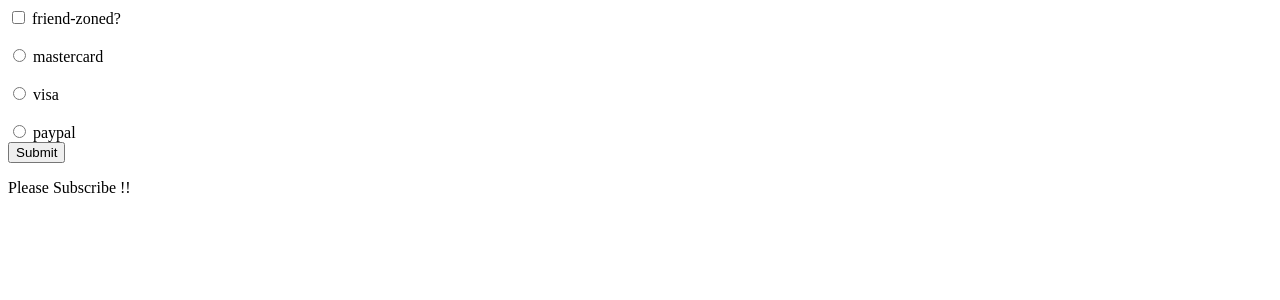
Repository: Apekshit-Yadav/myDotfiles
Page: Documents/GitHub/coding-projects/brojs/checked_property/index.html
The author's editor kept a copy of each file at every save. The page is drawn from the files as they stood at one save, then again after the next save.
The browser window is 1280 px wide. The pictures show the whole page.
After loading, the first visible `#subbtn` was clicked once.

Above is the page before, as saved 2025-04-02 17:50:39.

After the next save:
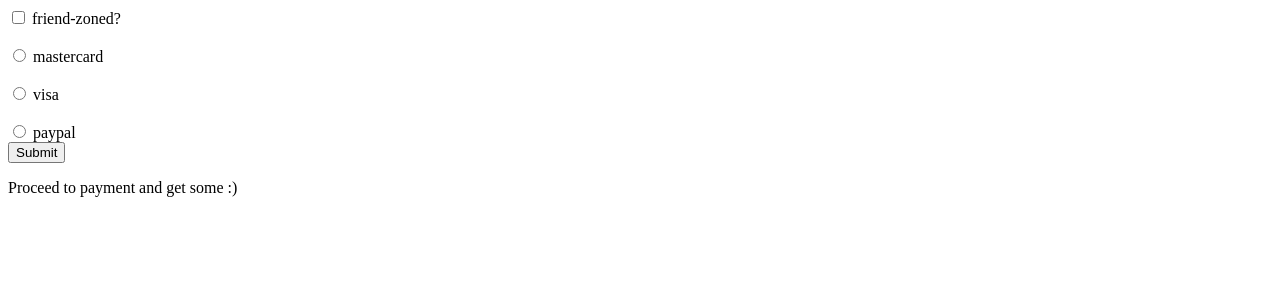
Saved 46 s later.
--- a/Documents/GitHub/coding-projects/brojs/checked_property/script.js
+++ b/Documents/GitHub/coding-projects/brojs/checked_property/script.js
@@ -8,10 +8,10 @@
 submitto.onclick=function(){
 
     if(subbed.checked){
-        para.textContent=`Thanks for subscribing`;
+        para.textContent=`You are gonna get some !!!`;
     }
     else {
-        para.textContent=`Please Subscribe !!`
+        para.textContent=`Proceed to payment and get some :)`
     }
 
 }
